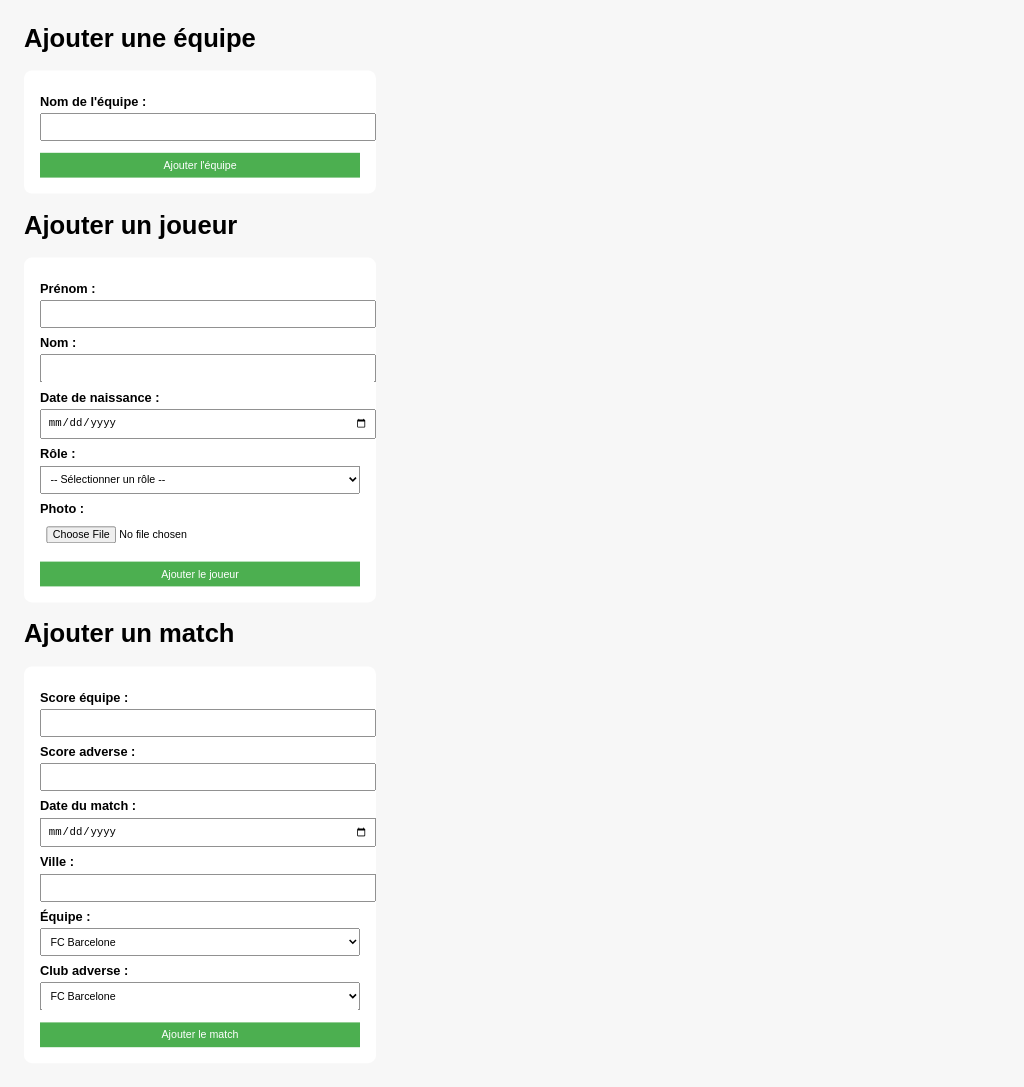
Repository: Valentin-Godard/Foot-2-Club
Page: http://localhost/public/index.php
An editor plug-in stored every save of this project. The page is shown before and after the next save, followed by the edit.
The browser window is 1280 px wide. The pictures show the whole page, at 80% of full size.
The page is run by PHP 8.4 with error messages shown; the project is at /var/www/html/. The database holds what the project's SQL file puts in it.

Above is the page before, as saved 2025-10-10 16:46:30.

### public/index.php
<?php
require_once __DIR__ . '/../src/autoload.php';
require_once __DIR__ . '/../includes/database.php';

use App\Model\Joueur;
use App\Model\MatchFoot;
use App\Model\Equipe;
use App\Enum\Role;
use App\Database\JoueurDatabase;
use App\Database\MatchDatabase;
use App\Database\EquipeDatabase;

// Instanciation des Database
$joueurDb = new JoueurDatabase($pdo);
$matchDb = new MatchDatabase($pdo);
$equipeDb = new EquipeDatabase($pdo);

// Récupération des équipes pour listes déroulantes
$equipes = $equipeDb->findAll();

$message = "";

// ---------------------- AJOUT D'ÉQUIPE ----------------------
if ($_SERVER["REQUEST_METHOD"] === "POST" && ($_POST['form_type'] ?? '') === 'equipe') {
    $nomEquipe = trim($_POST["nom_equipe"]);
    if ($nomEquipe !== "") {
        $equipe = new Equipe(null, $nomEquipe);
        $equipeDb->insert($equipe);
        $message = "✅ Équipe ajoutée avec succès !";
        $equipes = $equipeDb->findAll(); // rafraîchir la liste
    } else {
        $message = "❌ Nom d'équipe vide.";
    }
}

// ---------------------- AJOUT DE JOUEUR ----------------------
if ($_SERVER["REQUEST_METHOD"] === "POST" && ($_POST['form_type'] ?? '') === 'joueur') {
    $prenom = trim($_POST["prenom"]);
    $nom = trim($_POST["nom"]);
    $dateNaissance = new DateTime($_POST["date_naissance"]);
    $roleValue = $_POST["role"] ?? null;

    // Validation du rôle
    $role = null;
    try {
        $role = Role::from($roleValue);
    } catch (ValueError $e) {
        $message = "❌ Rôle invalide.";
    }

    // Gestion de la photo
    $photoName = "";
    if (!empty($_FILES["photo"]["name"])) {
        $uploadDir = __DIR__ . "/public/uploads/";
        if (!is_dir($uploadDir)) mkdir($uploadDir, 0777, true);
        $photoName = basename($_FILES["photo"]["name"]);
        $targetPath = $uploadDir . $photoName;
        if (!move_uploaded_file($_FILES["photo"]["tmp_name"], $targetPath)) {
            $message = "❌ Erreur lors de l’upload de la photo.";
        }
    }

    // Insertion dans la base si tout est valide
    if (empty($message) && $role !== null) {
        $joueur = new Joueur(null, $prenom, $nom, $dateNaissance, $photoName);
        $joueurDb->insert($joueur);
        $message = "✅ Joueur ajouté avec succès !";
    }
}

// ---------------------- AJOUT DE MATCH ----------------------
if ($_SERVER["REQUEST_METHOD"] === "POST" && ($_POST['form_type'] ?? '') === 'match') {
    $scoreEquipe = $_POST["score_equipe"];
    $scoreAdverse = $_POST["score_adverse"];
    $dateMatch = new DateTime($_POST["date_match"]);
    $ville = trim($_POST["ville"]);
    $equipeId = (int)$_POST["equipe_id"];
    $adversaireId = (int)$_POST["club_adverse_id"];

    $match = new MatchFoot(null, $scoreEquipe, $scoreAdverse, $dateMatch, $ville, $equipeId, $adversaireId);
    $matchDb->insert($match);

    $message = "✅ Match ajouté avec succès !";
}
?>

<!DOCTYPE html>
<html lang="fr">
<head>
    <meta charset="UTF-8">
    <title>Gestion FootDeClub</title>
    <style>
        body { font-family: Arial; margin: 30px; background-color: #f7f7f7; }
        form { background: white; padding: 20px; border-radius: 10px; width: 400px; margin-bottom: 20px; }
        label { font-weight: bold; display: block; margin-top: 10px; }
        input, select, button { width: 100%; padding: 8px; margin-top: 5px; }
        button { background-color: #4CAF50; color: white; border: none; cursor: pointer; margin-top: 15px; }
        button:hover { background-color: #45a049; }
        .message { margin-top: 15px; font-weight: bold; }
    </style>
</head>
<body>

<h1>Ajouter une équipe</h1>
<form method="POST">
    <input type="hidden" name="form_type" value="equipe">
    <label>Nom de l'équipe :</label>
    <input type="text" name="nom_equipe" required>
    <button type="submit">Ajouter l'équipe</button>
</form>

<h1>Ajouter un joueur</h1>
<form method="POST" enctype="multipart/form-data">
    <input type="hidden" name="form_type" value="joueur">
    <label>Prénom :</label>
    <input type="text" name="prenom" required>
    <label>Nom :</label>
    <input type="text" name="nom" required>
    <label>Date de naissance :</label>
    <input type="date" name="date_naissance" required>
    <label>Rôle :</label>
    <select name="role" required>
        <option value="">-- Sélectionner un rôle --</option>
        <?php foreach (Role::cases() as $case): ?>
            <option value="<?= $case->value ?>"><?= $case->value ?></option>
        <?php endforeach; ?>
    </select>
    <label>Photo :</label>
    <input type="file" name="photo" accept="image/*" required>
    <button type="submit">Ajouter le joueur</button>
</form>

<h1>Ajouter un match</h1>
<form method="POST">
    <input type="hidden" name="form_type" value="match">
    <label>Score équipe :</label>
    <input type="text" name="score_equipe" required>
    <label>Score adverse :</label>
    <input type="text" name="score_adverse" required>
    <label>Date du match :</label>
    <input type="date" name="date_match" required>
    <label>Ville :</label>
    <input type="text" name="ville" required>
    <label>Équipe :</label>
    <select name="equipe_id" required>
        <?php foreach ($equipes as $equipe): ?>
            <option value="<?= $equipe->getId() ?>"><?= htmlspecialchars($equipe->getNom()) ?></option>
        <?php endforeach; ?>
    </select>
    <label>Club adverse :</label>
    <select name="club_adverse_id" required>
        <?php foreach ($equipes as $equipe): ?>
            <option value="<?= $equipe->getId() ?>"><?= htmlspecialchars($equipe->getNom()) ?></option>
        <?php endforeach; ?>
    </select>
    <button type="submit">Ajouter le match</button>
</form>

<?php if (!empty($message)): ?>
    <p class="message"><?= htmlspecialchars($message) ?></p>
<?php endif; ?>

</body>
</html>

### src/autoload.php
<?php
spl_autoload_register(function($class) {
    $prefix = 'App\\';
    $base_dir = __DIR__ . '/';
    $len = strlen($prefix);

    if (strncmp($prefix, $class, $len) !== 0) {
        return;
    }

    $relative_class = substr($class, $len);
    $file = $base_dir . str_replace('\\', '/', $relative_class) . '.php';

    if (file_exists($file)) {
        require $file;
    }
});

### includes/database.php
<?php
$host = '127.0.0.1';
$db   = 'footclub';
$user = 'root';
$pass = '';
$charset = 'utf8mb4';

$dsn = "mysql:host=$host;dbname=$db;charset=$charset";
$options = [
    PDO::ATTR_ERRMODE => PDO::ERRMODE_EXCEPTION,
    PDO::ATTR_DEFAULT_FETCH_MODE => PDO::FETCH_ASSOC,
];

try {
    $pdo = new PDO($dsn, $user, $pass, $options);
} catch (\PDOException $e) {
    die("Erreur de connexion à la base : " . $e->getMessage());
}

### src/Database/JoueurDatabase.php
<?php
namespace App\Database;

use App\Model\Joueur;
use PDO;
use DateTime;

class JoueurDatabase {
    private PDO $pdo;

    public function __construct(PDO $pdo) {
        $this->pdo = $pdo;
    }

    /**
     * Ajoute un joueur dans la base
     */
    public function insert(Joueur $joueur): void {
        $stmt = $this->pdo->prepare("
            INSERT INTO joueur (nom, prenom, date_de_naissance, photo)
            VALUES (:nom, :prenom, :date_de_naissance, :photo)
        ");

        $stmt->execute([
            ':nom' => $joueur->getNom(),
            ':prenom' => $joueur->getPrenom(),
            ':date_de_naissance' => $joueur->getBirthdate()->format("Y-m-d"),
            ':photo' => $joueur->getImage(),
        ]);
    }

    /**
     * Met à jour un joueur existant
     */
    public function update(Joueur $joueur): void {
        $stmt = $this->pdo->prepare("
            UPDATE joueurs
            SET nom = :nom, prenom = :prenom, date_de_naissance = :date_de_naissance, photo = :photo
            WHERE id = :id
        ");

        $stmt->execute([
            ':id' => $joueur->getId(),
            ':nom' => $joueur->getNom(),
            ':prenom' => $joueur->getPrenom(),
            ':date_de_naissance' => $joueur->getBirthdate()->format("Y-m-d"),
            ':photo' => $joueur->getImage(),
        ]);
    }

    /**
     * Récupère un joueur par son ID
     */
    public function findById(int $id): ?Joueur {
        $stmt = $this->pdo->prepare("SELECT * FROM joueurs WHERE id = ?");
        $stmt->execute([$id]);
        $data = $stmt->fetch(PDO::FETCH_ASSOC);

        if ($data) {
            return new Joueur(
                $data['id'],
                $data['prenom'],
                $data['nom'],
                new DateTime($data['date_de_naissance']),
                $data['photo']
            );
        }

        return null;
    }

    /**
     * Retourne la liste de tous les joueurs
     */
    public function findAll(): array {
        $stmt = $this->pdo->query("SELECT * FROM joueurs");
        $results = [];

        while ($data = $stmt->fetch(PDO::FETCH_ASSOC)) {
            $results[] = new Joueur(
                $data['id'],
                $data['prenom'],
                $data['nom'],
                new DateTime($data['date_de_naissance']),
                $data['photo']
            );
        }

        return $results;
    }

    /**
     * Supprime un joueur
     */
    public function delete(int $id): void {
        $stmt = $this->pdo->prepare("DELETE FROM joueurs WHERE id = ?");
        $stmt->execute([$id]);
    }
}

### src/Database/MatchDatabase.php
<?php
namespace App\Database;

use App\Model\MatchFoot;
use PDO;
use DateTime;

class MatchDatabase {
    private PDO $pdo;

    public function __construct(PDO $pdo) {
        $this->pdo = $pdo;
    }

    public function insert(MatchFoot $match): void {
        $stmt = $this->pdo->prepare("
            INSERT INTO matchs (date_match, ville, score_equipe, score_adverse, equipe_id, club_adverse_id)
            VALUES (?, ?, ?, ?, ?, ?)
        ");

        $stmt->execute([
            $match->getDate()->format("Y-m-d"),
            $match->getVille(),
            $match->getEquipe1Score(),
            $match->getEquipe2Score(),
            $match->getEquipeId(),
            $match->getAdversaireId()
        ]);
    }

    public function findAll(): array {
        $stmt = $this->pdo->query("SELECT * FROM matchs"); // attention, table "matchs"

        $matchs = [];
        while ($data = $stmt->fetch(PDO::FETCH_ASSOC)) {
            $matchs[] = new MatchFoot(
                $data['id'],
                $data['score_equipe'],
                $data['score_adverse'],
                new DateTime($data['date_match']),
                $data['ville'],
                $data['equipe_id'],
                $data['club_adverse_id']
            );
        }

        return $matchs;
    }
}

### src/Database/EquipeDatabase.php
<?php
namespace App\Database;

use App\Model\Equipe;
use PDO;

class EquipeDatabase {
    private PDO $pdo;

    public function __construct(PDO $pdo) {
        $this->pdo = $pdo;
    }

    public function insert(Equipe $equipe): void {
        $stmt = $this->pdo->prepare("INSERT INTO equipe (nom) VALUES (?)");
        $stmt->execute([$equipe->getNom()]);
    }

    public function findAll(): array {
        $stmt = $this->pdo->query("SELECT * FROM equipe");
        $equipes = [];

        while ($data = $stmt->fetch(PDO::FETCH_ASSOC)) {
            $equipes[] = new Equipe($data['id'], $data['nom']);
        }

        return $equipes;
    }

    public function findById(int $id): ?Equipe {
        $stmt = $this->pdo->prepare("SELECT * FROM equipe WHERE id = ?");
        $stmt->execute([$id]);
        $data = $stmt->fetch(PDO::FETCH_ASSOC);

        return $data ? new Equipe($data['id'], $data['nom']) : null;
    }

    public function delete(int $id): void {
        $stmt = $this->pdo->prepare("DELETE FROM equipe WHERE id = ?");
        $stmt->execute([$id]);
    }
}

### src/Model/Equipe.php
<?php
namespace App\Model;

use App\Model\Joueur;
use App\Model\MatchFoot;

class Equipe {
    private ?int $id;
    private string $nom;
    private array $joueurs = [];
    private array $matchs = [];

    public function __construct(?int $id, string $nom) {
        $this->id = $id;
        $this->nom = $nom;
    }

    public function getId(): ?int {
        return $this->id;
    }

    public function getNom(): string {
        return $this->nom;
    }

    public function setNom(string $nom): void {
        $this->nom = $nom;
    }

    public function ajouterJoueur(Joueur $joueur, string $role): void {
        $this->joueurs[] = [
            'joueur' => $joueur,
            'role' => $role
        ];
    }

    public function ajouterMatch(MatchFoot $match): void {
        $this->matchs[] = $match;
    }

    public function getJoueurs(): array {
        return $this->joueurs;
    }

    public function getMatchs(): array {
        return $this->matchs;
    }
}

### src/enum/role.php
<?php
namespace App\Enum;

enum Role: string {
    case ATTAQUANT = 'Attaquant';
    case DEFENSEUR = 'Défenseur';
    case MILIEU = 'Milieu';
    case GARDIEN = 'Gardien';
}

### footclub.sql (the tables this page reads)
CREATE TABLE `equipe` (
  `id` int(11) NOT NULL,
  `nom` varchar(255) NOT NULL
) ENGINE=InnoDB DEFAULT CHARSET=utf8mb4 COLLATE=utf8mb4_general_ci;

INSERT INTO `equipe` (`id`, `nom`) VALUES
(1, 'FC Barcelone'),
(2, 'Real Madrid CF');

ALTER TABLE `equipe`
  ADD PRIMARY KEY (`id`);

ALTER TABLE `equipe`
  MODIFY `id` int(11) NOT NULL AUTO_INCREMENT, AUTO_INCREMENT=3;

### src/Database/JoueurEquipeDatabase.php
<?php
namespace App\Database;

use PDO;

class JoueurEquipeDatabase {
    private PDO $pdo;

    public function __construct(PDO $pdo) {
        $this->pdo = $pdo;
    }

    public function insert(int $joueurId, int $equipeId, string $role): void {
        $stmt = $this->pdo->prepare("
            INSERT INTO joueur_ayant_equipe (joueur_id, equipe_id, role)
            VALUES (?, ?, ?)
        ");
        $stmt->execute([$joueurId, $equipeId, $role]);
    }
}

After the next save:
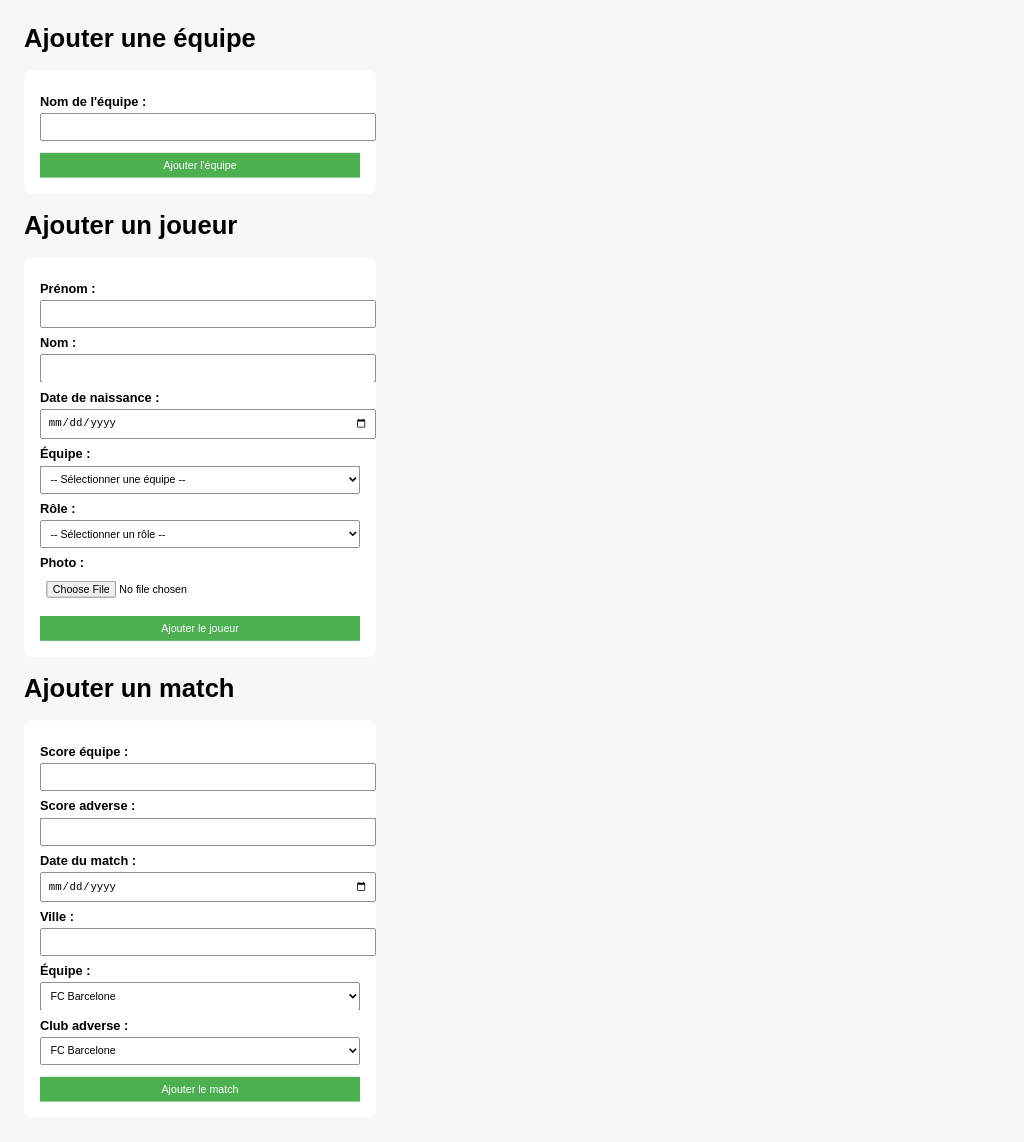
Saved 93 s later.
--- a/public/index.php
+++ b/public/index.php
@@ -9,11 +9,13 @@ use App\Enum\Role;
 use App\Database\JoueurDatabase;
 use App\Database\MatchDatabase;
 use App\Database\EquipeDatabase;
+use App\Database\JoueurEquipeDatabase;
 
 // Instanciation des Database
 $joueurDb = new JoueurDatabase($pdo);
 $matchDb = new MatchDatabase($pdo);
 $equipeDb = new EquipeDatabase($pdo);
+$joueurEquipeDb = new JoueurEquipeDatabase($pdo);
 
 // Récupération des équipes pour listes déroulantes
 $equipes = $equipeDb->findAll();
@@ -38,34 +40,27 @@ if ($_SERVER["REQUEST_METHOD"] === "POST" && ($_POST['form_type'] ?? '') === 'jo
     $prenom = trim($_POST["prenom"]);
     $nom = trim($_POST["nom"]);
     $dateNaissance = new DateTime($_POST["date_naissance"]);
-    $roleValue = $_POST["role"] ?? null;
-
-    // Validation du rôle
-    $role = null;
-    try {
-        $role = Role::from($roleValue);
-    } catch (ValueError $e) {
-        $message = "❌ Rôle invalide.";
-    }
+    $equipeId = (int)$_POST["equipe_id"];
+    $roleValue = $_POST["role"];
 
     // Gestion de la photo
     $photoName = "";
     if (!empty($_FILES["photo"]["name"])) {
-        $uploadDir = __DIR__ . "/public/uploads/";
+        $uploadDir = __DIR__ . "/uploads/";
         if (!is_dir($uploadDir)) mkdir($uploadDir, 0777, true);
         $photoName = basename($_FILES["photo"]["name"]);
-        $targetPath = $uploadDir . $photoName;
-        if (!move_uploaded_file($_FILES["photo"]["tmp_name"], $targetPath)) {
-            $message = "❌ Erreur lors de l’upload de la photo.";
-        }
+        move_uploaded_file($_FILES["photo"]["tmp_name"], $uploadDir . $photoName);
     }
 
-    // Insertion dans la base si tout est valide
-    if (empty($message) && $role !== null) {
-        $joueur = new Joueur(null, $prenom, $nom, $dateNaissance, $photoName);
-        $joueurDb->insert($joueur);
-        $message = "✅ Joueur ajouté avec succès !";
-    }
+    // 1️⃣ Ajouter le joueur
+    $joueur = new Joueur(null, $prenom, $nom, $dateNaissance, null, $photoName);
+    $joueurDb->insert($joueur);
+    $joueurId = $pdo->lastInsertId();
+
+    // 2️⃣ Ajouter la relation joueur ↔ équipe avec rôle
+    $joueurEquipeDb->insert($joueurId, $equipeId, $roleValue);
+
+    $message = "✅ Joueur ajouté avec succès dans l'équipe !";
 }
 
 // ---------------------- AJOUT DE MATCH ----------------------
@@ -118,6 +113,15 @@ if ($_SERVER["REQUEST_METHOD"] === "POST" && ($_POST['form_type'] ?? '') === 'ma
     <input type="text" name="nom" required>
     <label>Date de naissance :</label>
     <input type="date" name="date_naissance" required>
+
+    <label>Équipe :</label>
+    <select name="equipe_id" required>
+        <option value="">-- Sélectionner une équipe --</option>
+        <?php foreach ($equipes as $equipe): ?>
+            <option value="<?= $equipe->getId() ?>"><?= htmlspecialchars($equipe->getNom()) ?></option>
+        <?php endforeach; ?>
+    </select>
+
     <label>Rôle :</label>
     <select name="role" required>
         <option value="">-- Sélectionner un rôle --</option>
@@ -125,6 +129,7 @@ if ($_SERVER["REQUEST_METHOD"] === "POST" && ($_POST['form_type'] ?? '') === 'ma
             <option value="<?= $case->value ?>"><?= $case->value ?></option>
         <?php endforeach; ?>
     </select>
+
     <label>Photo :</label>
     <input type="file" name="photo" accept="image/*" required>
     <button type="submit">Ajouter le joueur</button>
@@ -141,18 +146,21 @@ if ($_SERVER["REQUEST_METHOD"] === "POST" && ($_POST['form_type'] ?? '') === 'ma
     <input type="date" name="date_match" required>
     <label>Ville :</label>
     <input type="text" name="ville" required>
+
     <label>Équipe :</label>
     <select name="equipe_id" required>
         <?php foreach ($equipes as $equipe): ?>
             <option value="<?= $equipe->getId() ?>"><?= htmlspecialchars($equipe->getNom()) ?></option>
         <?php endforeach; ?>
     </select>
+
     <label>Club adverse :</label>
     <select name="club_adverse_id" required>
         <?php foreach ($equipes as $equipe): ?>
             <option value="<?= $equipe->getId() ?>"><?= htmlspecialchars($equipe->getNom()) ?></option>
         <?php endforeach; ?>
     </select>
+
     <button type="submit">Ajouter le match</button>
 </form>
 
